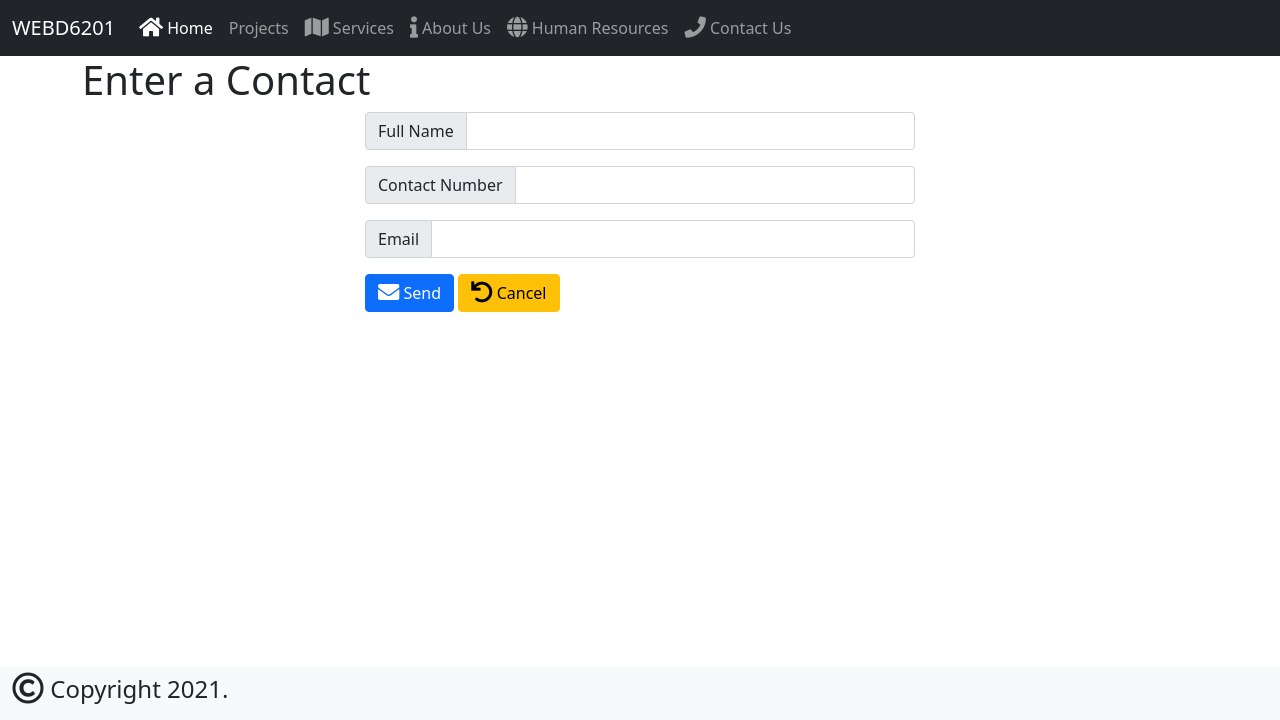
Repository: Sub4Sub/Lab_1
Page: contact.html
An editor plug-in stored every save of this project. The page is shown before and after the next save, followed by the edit.
The browser window is 1280 px wide. The pictures show the whole page.

Above is the page before, as saved 2021-02-05 02:48:19.

### contact.html
<!DOCTYPE html>
<html lang="en">
<head>
    <meta charset="UTF-8">
    <meta name="viewport" content="width=device-width, initial-scale=1.0">
    <title>Contact</title>
    <!-- CSS Section -->
    <link rel="stylesheet" href="./node_modules/bootstrap/dist/css/bootstrap.min.css">
    <link rel="stylesheet" href="./node_modules/@fortawesome/fontawesome-free/css/all.min.css">
    <link rel="stylesheet" href="./Content/app.css">
</head>
<body>
    <!-- Main Header -->
    <header>
        <!-- Main Navigation -->
        <nav class="navbar navbar-expand-lg navbar-dark bg-dark">
            <div class="container-fluid">
              <a class="navbar-brand" href="index.html">WEBD6201</a>
              <button class="navbar-toggler" type="button" data-bs-toggle="collapse" data-bs-target="#navbarSupportedContent" aria-controls="navbarSupportedContent" aria-expanded="false" aria-label="Toggle navigation">
                <span class="navbar-toggler-icon"></span>
              </button>
              <div class="collapse navbar-collapse" id="navbarSupportedContent">
                <ul class="navbar-nav me-auto mb-2 mb-lg-0">
                  <li class="nav-item">
                    <a class="nav-link active" aria-current="page" href="index.html"><i class="fas fa-home fa-lg"></i> Home</a>
                  </li>

                  <li class="nav-item">
                    <a class="nav-link" id="productsLink" aria-current="page" href="products.html"><i class="fas fa-cog fa-lg"></i> Products</a>
                  </li>

                  <li class="nav-item">
                    <a class="nav-link" aria-current="page" href="services.html"><i class="fas fa-map fa-lg"></i> Services</a>
                  </li>

                  <li class="nav-item" id="aboutUsList">
                    <a class="nav-link" aria-current="page" href="about.html"><i class="fas fa-info fa-lg"></i> About Us</a>
                  </li>

                  <li class="nav-item">
                    <a class="nav-link" aria-current="page" href="contact.html"><i class="fas fa-phone fa-lg"></i> Contact Us</a>
                  </li>
                </ul>
              </div>
            </div>
          </nav>
    </header>

    <!-- Main Content -->
    <main class="container">
    </main>


    <!-- Script Section-->
    <script src="./node_modules/jquery/dist/jquery.min.js"></script>
    <script src="./node_modules/bootstrap/dist/js/bootstrap.bundle.min.js"></script>
    <script src="./Scripts/app.js"></script>
</body>
</html>

### Scripts/app.js

"use strict";


(function()
{

    function displayHome()
    {
        let indexHeading = document.createElement("h1");

        indexHeading.setAttribute("id", "indexHeading");
        indexHeading.textContent = `Welcome to lab 1`;
        //indexHeading.className = "fs-4 fw-bold";

        let mainContent = document.querySelector("main");
        mainContent.appendChild(indexHeading);

        let newDivTag = document.createElement("div");
        newDivTag.innerHTML =
        `<h4>By Brett Tindall and Emeka Okoisama</h4>
        <p id="paragraphThree"> This is our first lab submission </p>`;

        mainContent.append(newDivTag);


    }

    function displayContact()
    {
      let contactHeading = document.createElement("h1");

      contactHeading.setAttribute("id", "contactHeading");
      contactHeading.textContent = "Enter a Contact";

      let mainContent = document.querySelector("main");
      mainContent.appendChild(contactHeading);

      let newDivTag = document.createElement("div");
      newDivTag.innerHTML =
      `<div id="messageArea"></div>

      <div class="row justify-content-lg-center g-3">
        <form class="col-lg-6 col-md-10 col-sm-10">

          <div class="input-group mb-3">
            <span class="input-group-text" id="inputGroup-sizing-default">Full Name </span>
            <input id="fullName" type="text" class="form-control" aria-label="Full Name" aria-describedby="Full Name Input"
            name="fullName" required>
          </div>

          <div class="input-group mb-3">
            <span class="input-group-text" id="inputGroup-sizing-default">Contact Number</span>
            <input id="contactNumber" type="tel" class="form-control" aria-label="Contact Number" aria-describedby="Contact Number Input"
            name="contactNumber" required>
          </div>

          <div class="input-group mb-3">
            <span class="input-group-text" id="inputGroup-sizing-default">Email</span>
            <input id="emailAddress" type="email" class="form-control" aria-label="Email Address" aria-describedby="Email Address Input"
            name="emailAddress" required>
          </div>

          <button id="sendButton" type="submit" class="btn btn-primary"><i class="fas fa-envelope fa-lg"></i> Send</button>
          <button id="cancelButton" type="reset" class="btn btn-warning"><i class="fas fa-undo fa-lg"></i> Cancel</button>
        </form>
      </div>`;

      mainContent.append(newDivTag);


      let sendButton = document.getElementById("sendButton");

        sendButton.addEventListener("click", function(event){

          window.location.href = '/index.html';

        });

    }

    function displayHeader()
    {
      let indexHeading = document.createElement("h1");

        indexHeading.setAttribute("id", "indexHeading");
        indexHeading.textContent = `<nav class="navbar navbar-expand-lg navbar-dark bg-dark">
          <div class="container-fluid">
            <a class="navbar-brand" href="index.html">WEBD6201</a>
            <button class="navbar-toggler" type="button" data-bs-toggle="collapse" data-bs-target="#navbarSupportedContent" aria-controls="navbarSupportedContent" aria-expanded="false" aria-label="Toggle navigation">
              <span class="navbar-toggler-icon"></span>
            </button>
            <div class="collapse navbar-collapse" id="navbarSupportedContent">
              <ul class="navbar-nav me-auto mb-2 mb-lg-0">
                <li class="nav-item">
                  <a class="nav-link active" aria-current="page" href="index.html"><i class="fas fa-home fa-lg"></i> Home</a>
                </li>

                <li class="nav-item">
                  <a class="nav-link" id="productsLink" aria-current="page" href="products.html"><i class="fas fa-cog fa-lg"></i> Products</a>
                </li>

                <li class="nav-item">
                  <a class="nav-link" aria-current="page" href="services.html"><i class="fas fa-map fa-lg"></i> Services</a>
                </li>

                <li class="nav-item" id="aboutUsList">
                  <a class="nav-link" id="aboutUsLink" aria-current="page" href="about.html"><i class="fas fa-info fa-lg"></i> About Us</a>
                </li>

                <li class="nav-item">
                  <a class="nav-link" aria-current="page" href="contact.html"><i class="fas fa-phone fa-lg"></i> Contact Us</a>
                </li>
              </ul>
            </div>
          </div>
        </nav>`;

    }

    function displayFooter()
    {
      let mainContent = document.querySelector("main");

      let newFooterTag = document.createElement("footer");

      newFooterTag.innerHTML =
      `
      <footer>
        <nav class="navbar fixed-bottom navbar-light bg-light">
            <div class="container-fluid">
              <h4><i class="far fa-copyright fa-lg"></i> Copyright 2021.</h4>
            </div>
          </nav>
    </footer>
      `

      mainContent.append(newFooterTag);

    }

    function addHumanResourcesButton()
    {

      let aboutUsLink = document.getElementById("aboutUsList");

      let newListItem = document.createElement("li");

      newListItem.innerHTML =
      `
      <li class="nav-item">
        <a class="nav-link" id="HumanResourcesLink" aria-current="page" href="human-resources.html"><i class="fas fa-globe fa-lg"></i> Human Resources</a>
      </li>
      `

      aboutUsLink.after(newListItem);

    }

    function Start()
    {
        console.log("App Started...");

        let productsButton = document.getElementById("productsLink");

        productsButton.textContent = "Projects";

        addHumanResourcesButton();

        switch (document.title)
        {
          case "Home":
              displayHome();
            break;
          case "About":
              displayAbout();
            break;
          case "Projects":
              displayProjects();
            break;
          case "Services":
              displayServices();
            break;
          case "Contact":
              displayContact();
            break;
        }

    }

    displayFooter();

    window.addEventListener("load", Start);

})();

Loaded but not shown: node_modules/bootstrap/dist/css/bootstrap.min.css (library); node_modules/@fortawesome/fontawesome-free/css/all.min.css (library); node_modules/jquery/dist/jquery.min.js (library); node_modules/bootstrap/dist/js/bootstrap.bundle.min.js (library); Content/app.css (no stored copy; drawn as an empty file)

After the next save:
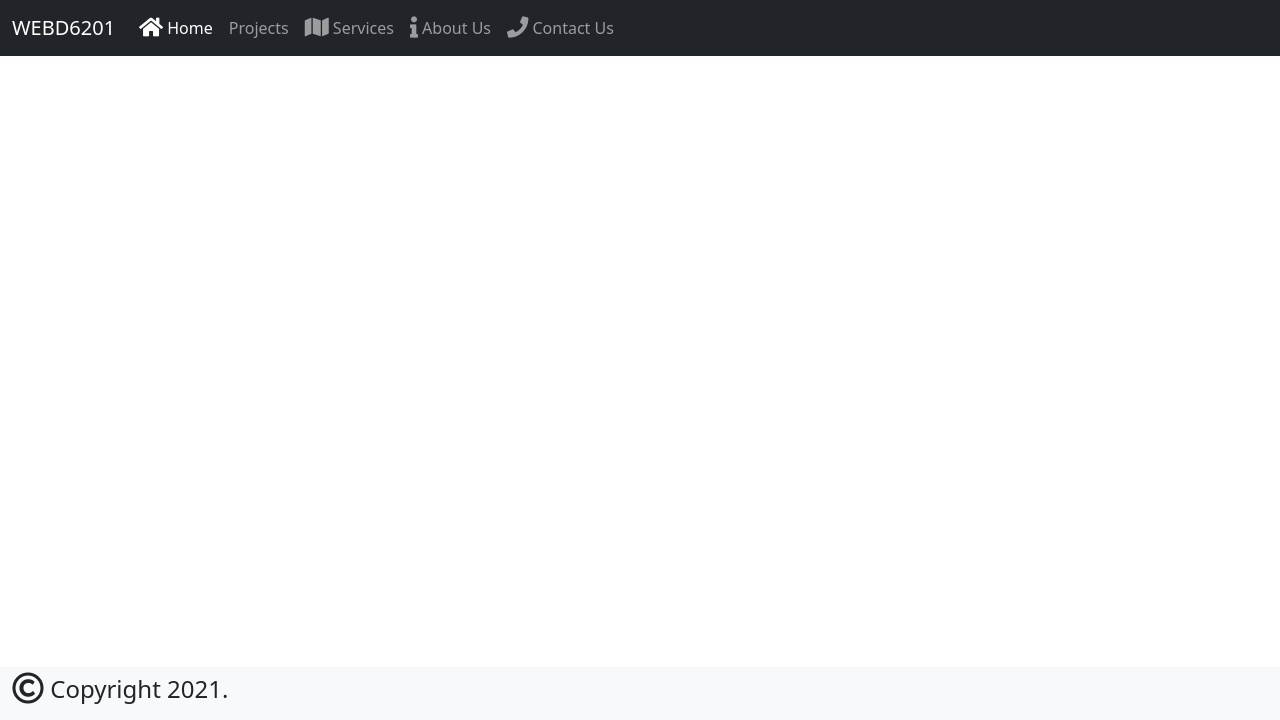
Console error: ReferenceError: n is not defined
Saved 11 h 23 min later.
--- a/Scripts/app.js
+++ b/Scripts/app.js
@@ -146,14 +146,16 @@
 
       let newListItem = document.createElement("li");
 
-      newListItem.innerHTML =
+      n =
       `
       <li class="nav-item">
         <a class="nav-link" id="HumanResourcesLink" aria-current="page" href="human-resources.html"><i class="fas fa-globe fa-lg"></i> Human Resources</a>
       </li>
       `
 
-      aboutUsLink.after(newListItem);
+      newListItem.insertAdjacentHTML('afetrend', n);
+
+      //aboutUsLink.after(newListItem);
 
     }
 

After the 3 saves that followed:
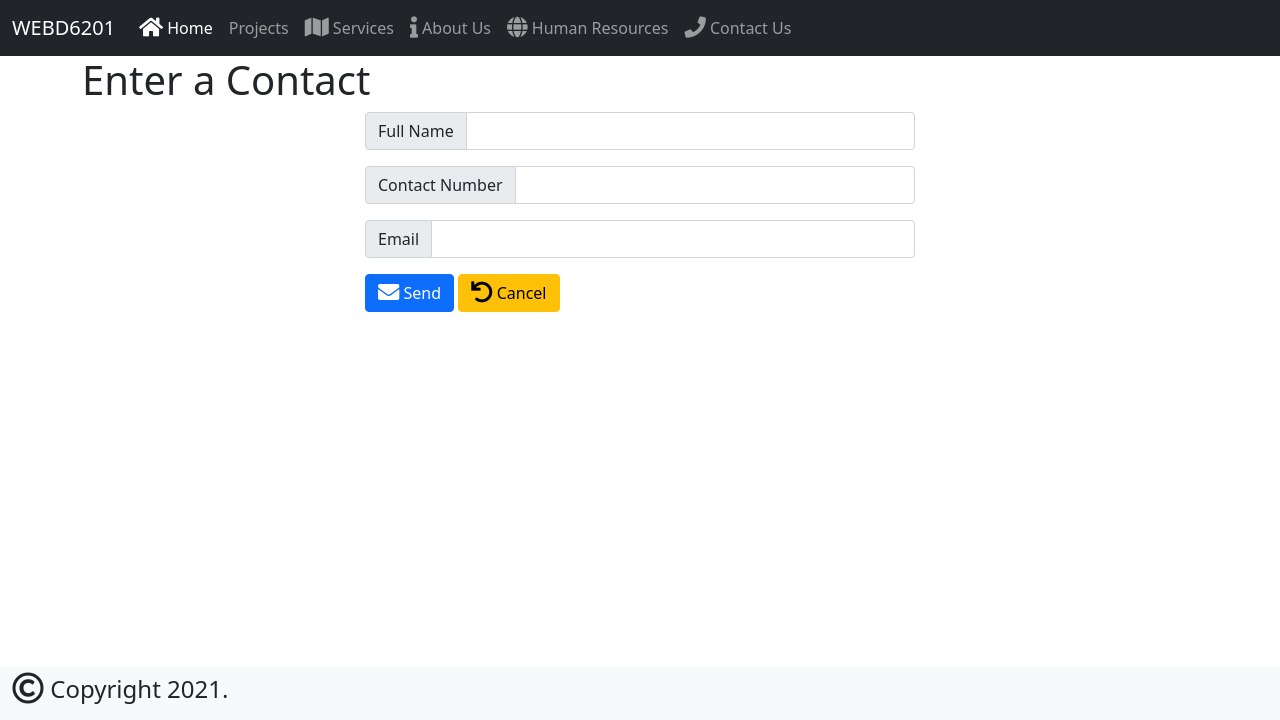
The error is gone.
The 3 saves are shown as one change because 2 left the picture as it was.
The last was saved 100 s later.
--- a/Scripts/app.js
+++ b/Scripts/app.js
@@ -146,16 +146,16 @@
 
       let newListItem = document.createElement("li");
 
-      n =
+      newListItem.innerHTML =
       `
       <li class="nav-item">
         <a class="nav-link" id="HumanResourcesLink" aria-current="page" href="human-resources.html"><i class="fas fa-globe fa-lg"></i> Human Resources</a>
       </li>
       `
 
-      newListItem.insertAdjacentHTML('afetrend', n);
+      //newListItem.insertAdjacentHTML('afterend', text);
 
-      //aboutUsLink.after(newListItem);
+      aboutUsLink.after(newListItem);
 
     }
 
